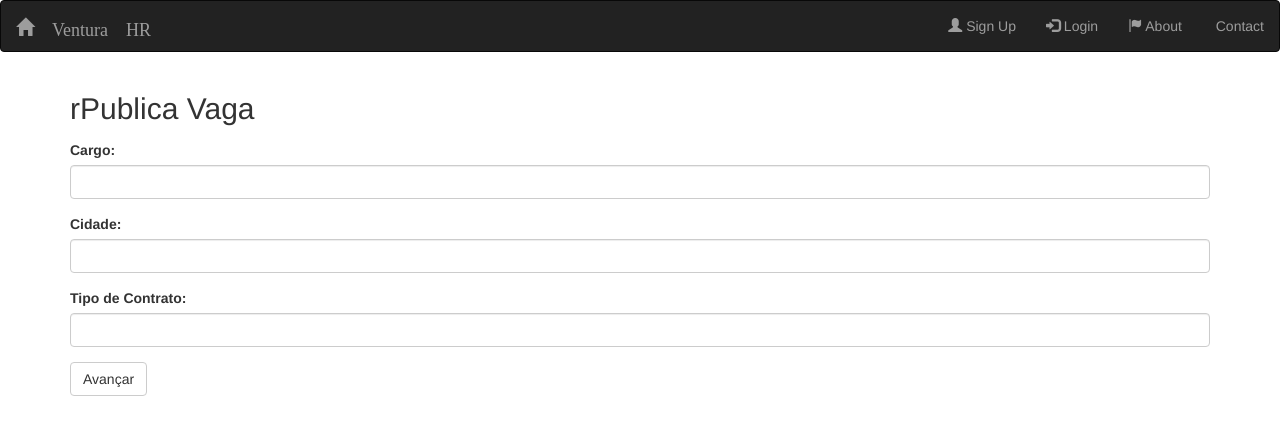
Repository: nmparfait/HumanResources-Ventura
Page: http://localhost/venturaWeb/WEB-INF/jsp/empresa/postarVaga.jsp
The author's editor kept a copy of each file at every save. The page is drawn from the files as they stood at one save, then again after the next save.
The browser window is 1280 px wide. The pictures show the whole page.
The page is served by Tomcat 9. Nobody is signed in. The template is opened directly, without the code that normally fills it, so the values that code supplies are empty.

Above is the page before, as saved 2021-09-27 09:17:02.

After the next save:
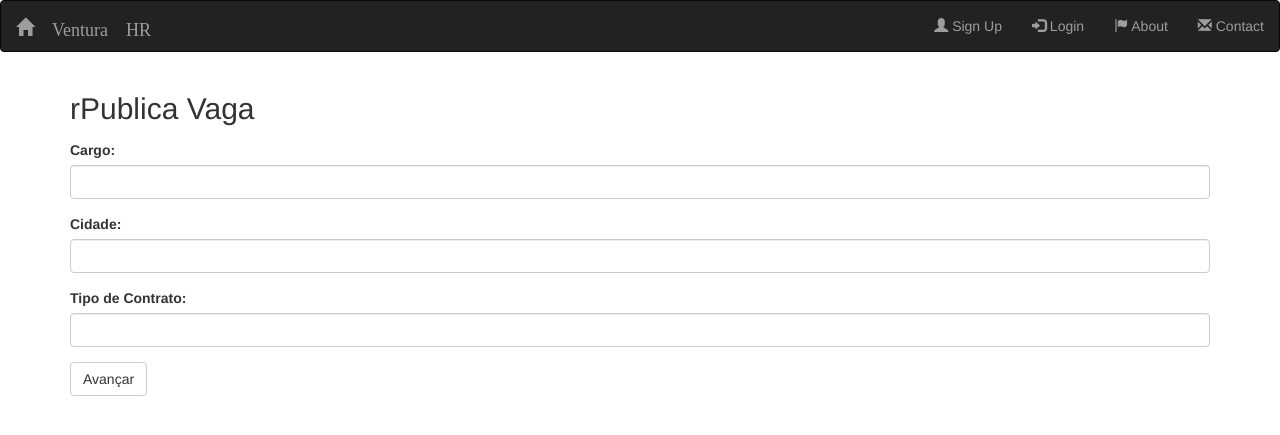
Saved 63 s later.
--- a/venturaWeb/src/main/webapp/WEB-INF/jsp/app/menu.jsp
+++ b/venturaWeb/src/main/webapp/WEB-INF/jsp/app/menu.jsp
@@ -9,7 +9,7 @@
             <li><a href="/usuario"><span class="glyphicon glyphicon-user"></span> Sign Up</a></li>
             <li><a href="/acesso"><span class="glyphicon glyphicon-log-in"></span> Login</a></li>
             <li><a href="/acesso"><span class="glyphicon glyphicon-flag"></span> About</a></li>
-            <li><a href="/acesso"><span class="glyphicon glyphicon-enveloppe"></span> Contact</a></li>
+            <li><a href="/acesso"><span class="glyphicon glyphicon-envelope"></span> Contact</a></li>
             </c:if>
 
 
